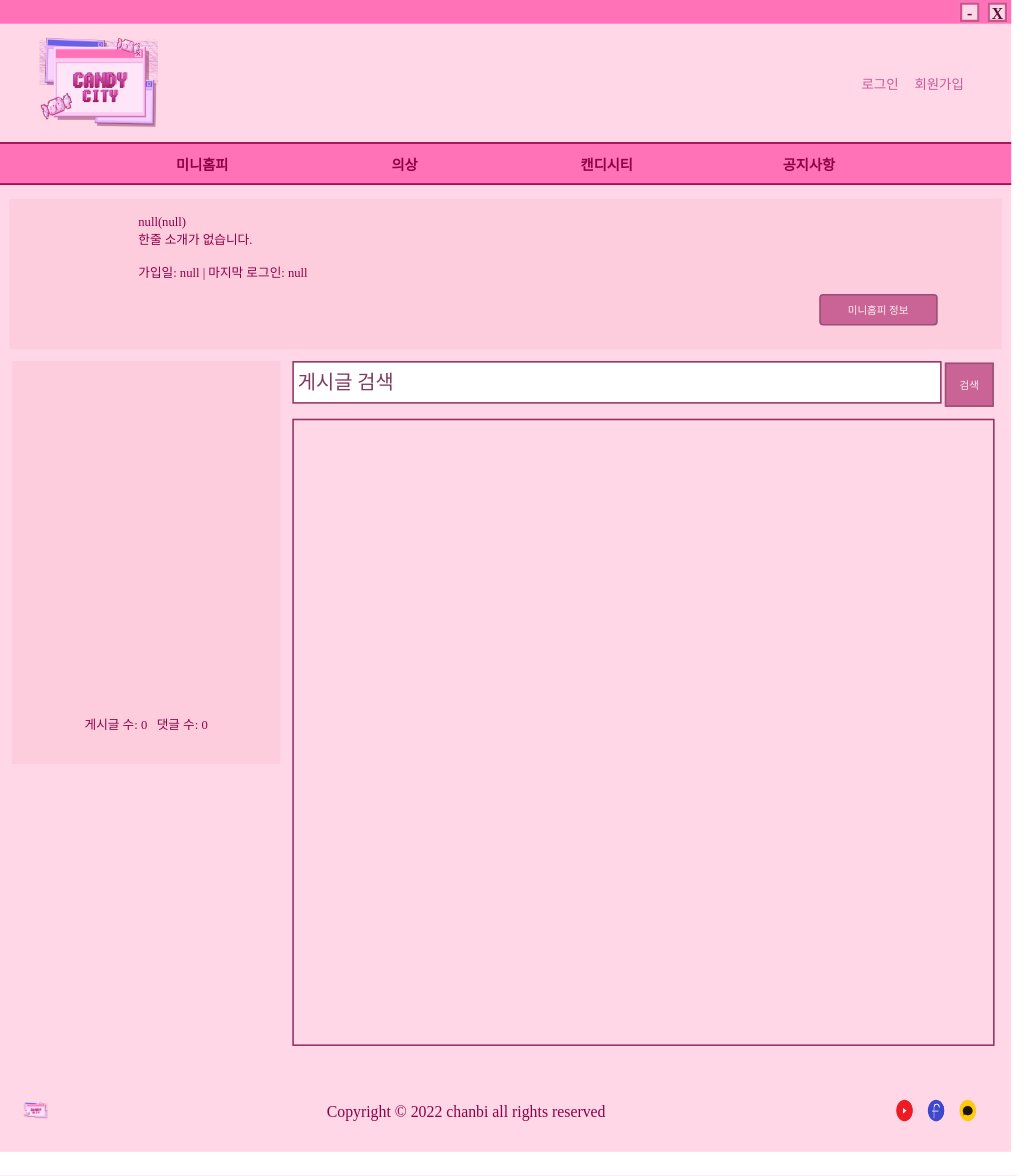
Repository: chanbiM/candyCityProject
Page: http://localhost/CandyCityProj/GetHomepi?id=null
The author's editor kept a copy of each file at every save. The page is drawn from the files as they stood at one save, then again after the next save.
The browser window is 1280 px wide. The page is 1310 px wide, so the pictures cover 1310 px, including what lies to the right of the window. The pictures show the whole page, at 79% of full size.
Some web fonts or font styles are not loaded; a fallback is used. The page is served by Tomcat 9. Queries for data that is not in the repository find no rows.

Above is the page before, as saved 2022-11-18 06:38:47.

After the next save:
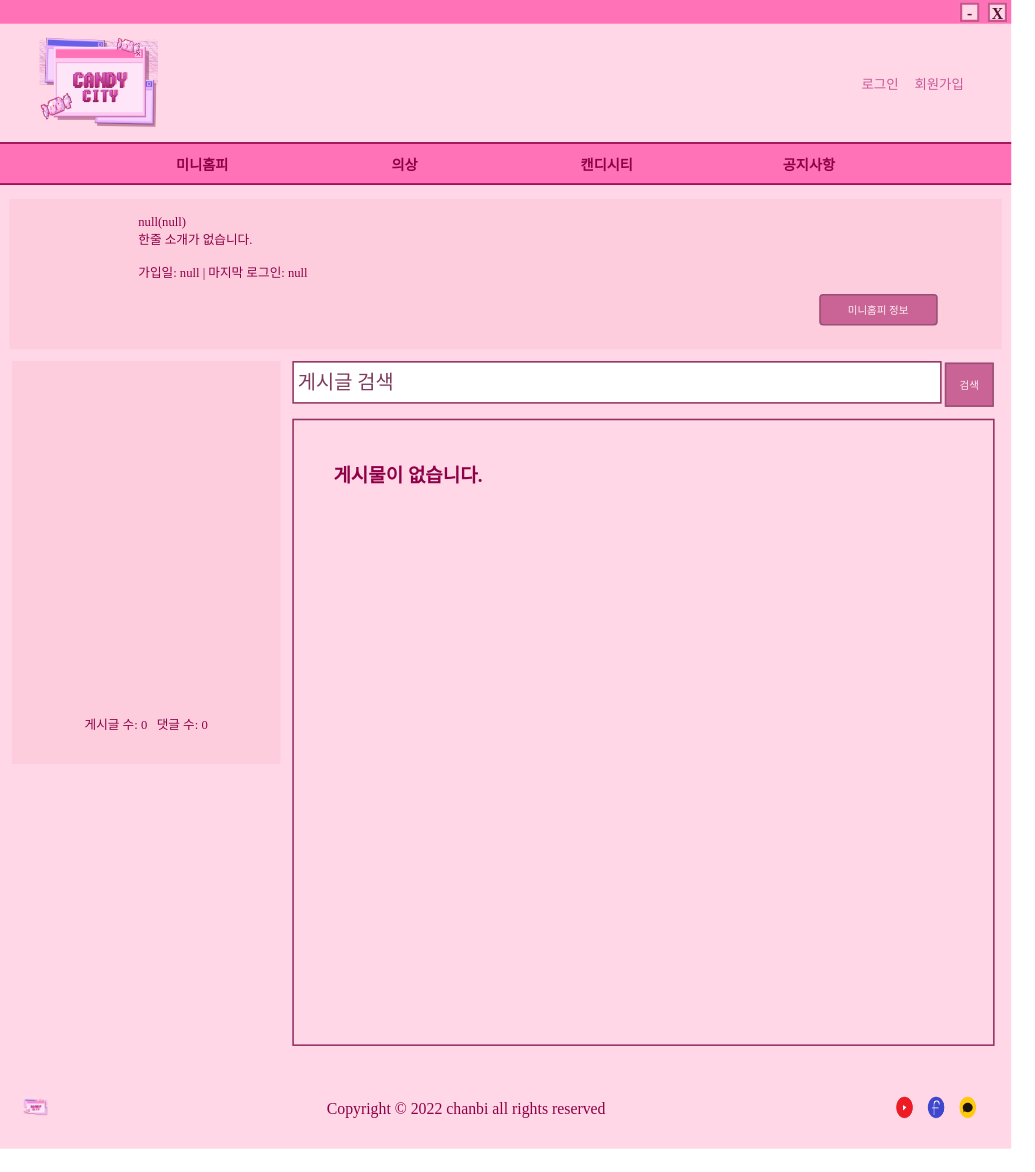
Saved 43 s later.
--- a/CandyCityProj/WebContent/member/homepi/homepi.jsp
+++ b/CandyCityProj/WebContent/member/homepi/homepi.jsp
@@ -95,7 +95,7 @@
 <%
                 	PostDAO dao = new PostDAO();
                		ArrayList<PostVO> list = dao.getRepresentativePost(hompiData.getId());
-               			if(list == null){
+               			if(list.isEmpty()){
                	%>
                				<h2>게시물이 없습니다.</h2>
                			<%
